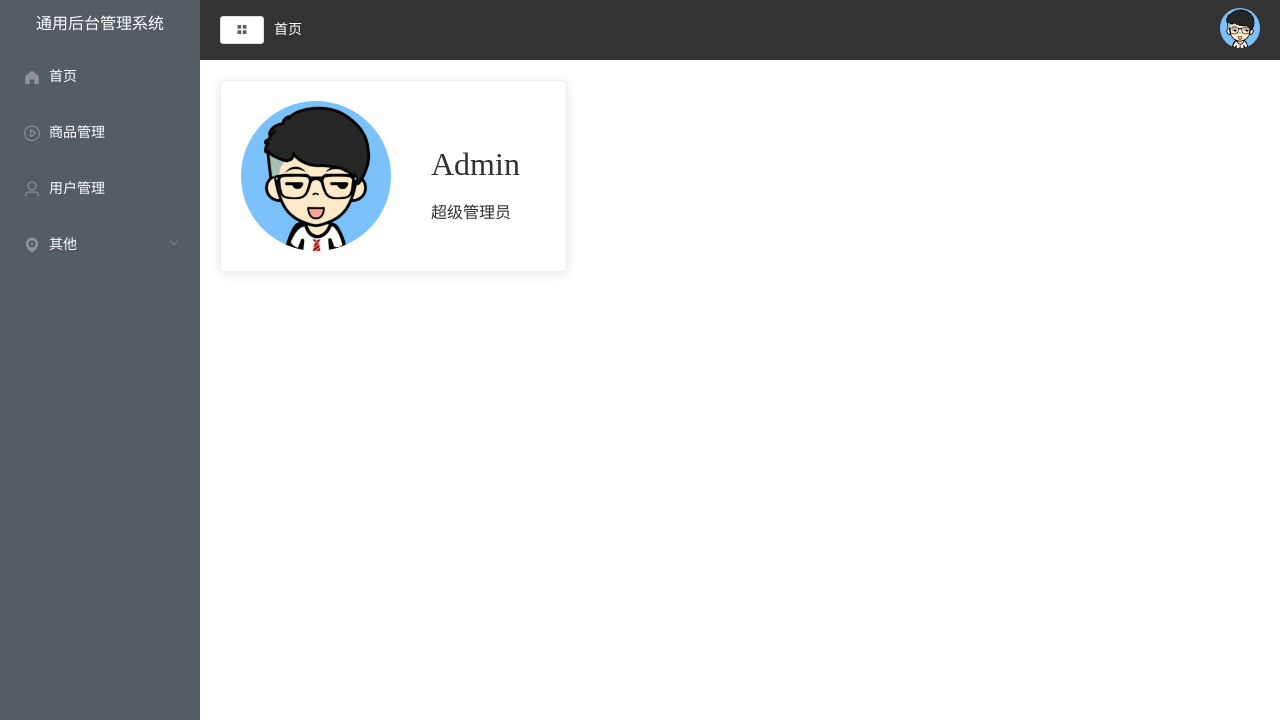
Repository: Francis200214/my-app
Page: /
The author's editor kept a copy of each file at every save. The page is drawn from the files as they stood at one save, then again after the next save.
The browser window is 1280 px wide. The pictures show the whole page.
The project was rebuilt for these pictures with package versions that can differ from the ones it lists, and the page was loaded fresh each time. Also part of the build but not shown: vue.config.js, src/views/User.vue, src/views/Mall.vue, src/views/other/PageOne.vue, src/views/other/PageTwo.vue.

Above is the page before, as saved 2023-05-21 15:36:08.

### src/main.js
import Vue from 'vue'
import App from './App.vue'
import ElementUI from 'element-ui'

// ElementUI 按需引入
// import { Button,Row } from 'element-ui'


import 'element-ui/lib/theme-chalk/index.css'
// Vue-Router
import router from './router'
// Vuex
import store from './store'


Vue.config.productionTip = false

// 全局引入Element UI
Vue.use(ElementUI);


// 按需引入Element UI
// Vue.use(Row);
// Vue.use(Button);


new Vue({
  router,
  store,
  render: h => h(App),
}).$mount('#app')

### src/App.vue
<template>
  <div id="app">
    <router-view></router-view>
  </div>
</template>

<style lang="less">
  html,body,h3 {
    margin: 0;
    padding: 0;
  }
</style>

<script>

export default {
  name: 'App'
}
</script>

### src/router/index.js
import Vue from 'vue'
import VueRouter from 'vue-router'

// 1、引入组件
import Main from '../views/Main.vue'
import Home from '../views/Home.vue'
import User from '../views/User.vue'
import Mall from '../views/Mall.vue'
import PageOne from '../views/other/PageOne.vue'
import PageTwo from '../views/other/PageTwo.vue'

// 引入Vue-Router
Vue.use(VueRouter);

// 2、路由与组件映射
const routes = [
    {
        path: '/',
        component: Main,
        // redirect 表示重定向，当路径是 / 的时候就重定向某个路由
        redirect: '/home',
        children: [
            { path: 'home', component: Home }, // 首页
            { path: 'user', component: User }, // 用户管理
            { path: 'mall', component: Mall }, // 商品管理
            { path: 'page1', component: PageOne }, // 页面一
            { path: 'page2', component: PageTwo }, // 页面二
        ]
    }

]

// 3、创建Router实例
const router = new VueRouter({
    routes // (缩写) 相当于 routes: routes
})

// 4、将 router 暴露
export default router

### src/store/index.js
import Vue from 'vue'
import Vuex from 'vuex'
import tab from './tab'

Vue.use(Vuex)


// 创建 Vuex 的实例
// 对外暴露
export default new Vuex.Store({
    modules: {
        tab
    }
})

### src/views/Main.vue
<template>
    <div>
        <el-container>
            <el-aside width="auto">
                <common-aside />
            </el-aside>
            <el-container>
                <el-header>
                    <common-header />
                </el-header>
                <el-main>
                    <router-view></router-view>
                </el-main>
            </el-container>
        </el-container>
    </div>
</template>
<style lang="less" scoped>
.el-header {
    padding: 0;
}
</style>
<script>
import CommonAside from '../components/CommonAside.vue'
import CommonHeader from '../components/CommonHeader.vue'


export default {
    data() {
        return {}
    },
    components: {
        CommonAside,
        CommonHeader
    }
}
</script>

### src/views/Home.vue
<template>
    <el-row>
        <el-col :span="8">
            <el-card class="box-card">
                <div class="user">
                    <img src="../assets/images/user.png" alt="">
                    <div class="userinfo">
                        <p class="name">Admin</p>
                        <p class="access">超级管理员</p>
                    </div>
                </div>
                <div class="login-info"></div>
            </el-card>
        </el-col>
        <el-col :span="16">
            <div class="grid-content bg-purple-light"></div>
        </el-col>
    </el-row>
</template>
<style lang="less" scoped>
.user {
    display: flex;
    // flex 布局中 主轴垂直居中
    align-items: center;


    img {
        width: 150px;
        height: 150px;
        border-radius: 50%;
        margin-right: 40px;
    }

    .userinfo {
        .name {
            font-size: 32px;
            margin-bottom: 10px;
        }
    }
}
</style>
<script>
export default {
    data() {
        return {}
    }
}
</script>

### src/store/tab.js
export default {
    state: {
        isCollapse: false // 用于控制菜单的展开或收起
    },
    mutations: {
        // 修改菜单展开或者收起的方法
        collapseMenu(state) {
            state.isCollapse = !state.isCollapse
        }
    }
}

### src/components/CommonAside.vue
<template>
    <div>
        <el-menu default-active="1-4-1" class="el-menu-vertical-demo" @open="handleOpen" @close="handleClose"
            :collapse="isCollapse" background-color="#545c64" text-color="#fff" active-text-color="#ffd04b">

            <h3>{{ isCollapse ? '后台' : '通用后台管理系统' }}</h3>

            <el-menu-item @click="clickMenu(item)" v-for="item in noChildren" :key="item.name" :index="item.name">
                <i :class="`el-icon-${item.icon}`"></i>
                <span slot="title">{{ item.label }}</span>
            </el-menu-item>

            <el-submenu v-for="item in hasChildren" :key="item.label" :index="item.label">
                <template slot="title">
                    <i :class="`el-icon-${item.icon}`"></i>
                    <span slot="title">{{ item.label }}</span>
                </template>
                <el-menu-item-group v-for="subItem in item.children" :key="subItem.path">
                    <el-menu-item @click="clickMenu(subItem)" :index="subItem.path">{{ subItem.label }}</el-menu-item>
                </el-menu-item-group>
            </el-submenu>
        </el-menu>
    </div>
</template>

<style lang="less" scope>
.el-menu-vertical-demo:not(.el-menu--collapse) {
    width: 200px;
    min-height: 400px;
}

.el-menu {
    height: 100vh;
    border-right: none;

    h3 {
        color: #fff;
        text-align: center;
        line-height: 48px;
        font-size: 16px;
        // 字体粗细
        font-weight: 400;
    }
}
</style>

<script>
export default {
    data() {
        return {
            menuData: [
                {
                    path: '/',
                    name: 'home',
                    label: '首页',
                    icon: 's-home',
                    url: 'Home/Home'
                },
                {
                    path: '/mall',
                    name: 'mall',
                    label: '商品管理',
                    icon: 'video-play',
                    url: 'MallManage/MallManage'
                },
                {
                    path: '/user',
                    name: 'user',
                    label: '用户管理',
                    icon: 'user',
                    url: 'UserManage/UserManage'
                },
                {
                    label: '其他',
                    icon: 'location',
                    children: [
                        {
                            path: '/page1',
                            name: 'page1',
                            label: '页面1',
                            icon: 'setting',
                            url: 'Other/PageOne'
                        },
                        {
                            path: '/page2',
                            name: 'page2',
                            label: '页面2',
                            icon: 'setting',
                            url: 'Other/PageTwo'
                        }
                    ]
                }
            ]
        };
    },
    methods: {
        handleOpen(key, keyPath) {
            console.log(key, keyPath);
        },
        handleClose(key, keyPath) {
            console.log(key, keyPath);
        },
        // 点击菜单
        clickMenu(item) {
            console.log(item)
            // 当页面的路由与我要跳转的路由不一致的时候才允许跳转
            if (this.$route.path !== item.path && !(this.$route.path === '/home' && (item.path === '/'))) {
                // 这里的this代表vue实例
                this.$router.push(item.path)
            }
        }
    },
    computed: {
        // 没有子菜单
        noChildren() {
            return this.menuData.filter(item => !item.children)
        },
        // 有子菜单
        hasChildren() {
            return this.menuData.filter(item => item.children)
        },
        isCollapse() {
            return this.$store.state.tab.isCollapse
        }
    }
}
</script>

### src/components/CommonHeader.vue
<template>
    <div class="header-container">
        <div class="l-content">
            <el-button @click="handleMenu" icon="el-icon-menu" size="mini"></el-button>
            <!-- 面包屑 -->
            <span class="text">首页</span>
        </div>
        <div class="r-content">
            <el-dropdown>
                <span class="el-dropdown-link">
                    <img class="user" src="../assets/images/user.png" alt="">
                </span>
                <el-dropdown-menu slot="dropdown">
                    <el-dropdown-item>个人中心</el-dropdown-item>
                    <el-dropdown-item>退出</el-dropdown-item>
                </el-dropdown-menu>
            </el-dropdown>
        </div>
    </div>
</template>
<style lang="less" scoped>
.header-container {
    padding: 0px 20px;
    background-color: #333;
    height: 60px;
    display: flex;
    // 将元素放到元素主轴的两端
    justify-content: space-between;
    align-items: center;

    .text {
        color: #fff;
        font-size: 14px;
        margin-left: 10px;
    }

    .r-content {
        .user {
            width: 40px;
            height: 40px;
            border-radius: 50%;
        }
    }
}
</style>
<script>
export default {
    data() {
        return {}
    },
    methods: {
        handleMenu() {
            this.$store.commit('collapseMenu')
        }
    }
}
</script>

Loaded but not shown: public/index.html (common file)

After the next save:
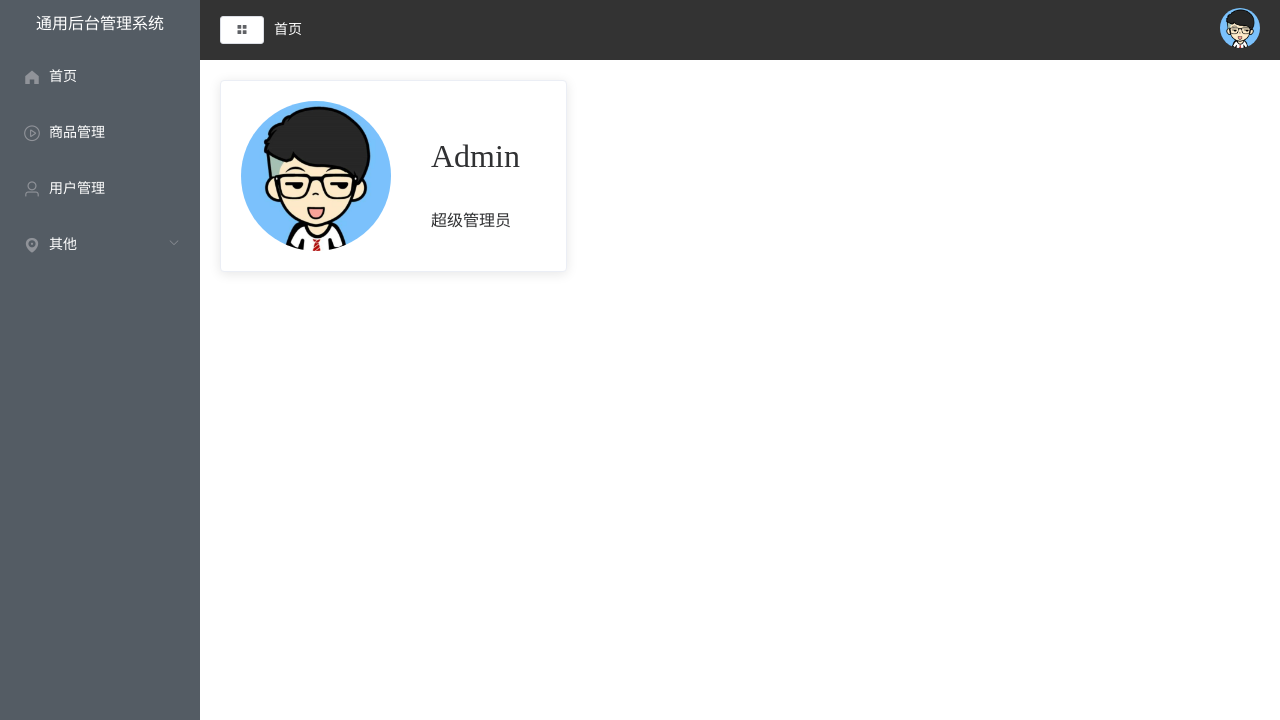
Saved 6 s later.
--- a/src/views/Home.vue
+++ b/src/views/Home.vue
@@ -34,7 +34,7 @@
     .userinfo {
         .name {
             font-size: 32px;
-            margin-bottom: 10px;
+            // margin-bottom: 10px;
         }
     }
 }

After the save that followed:
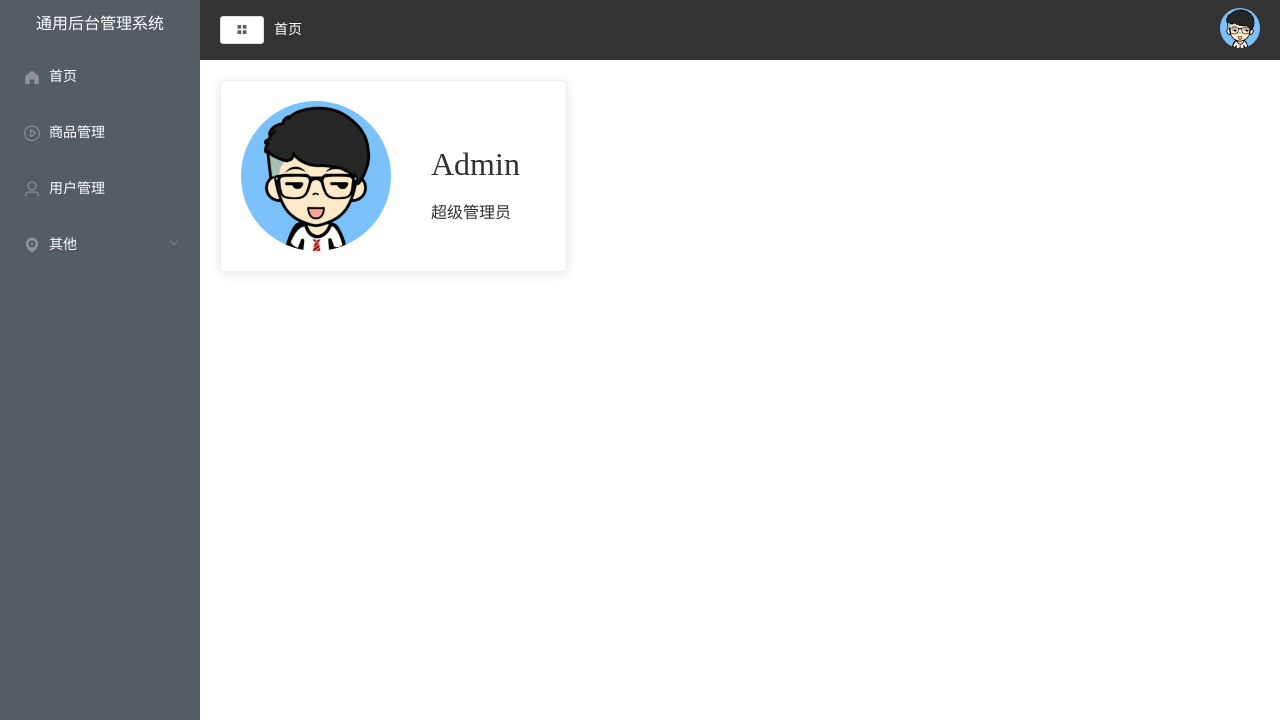
Saved 4 s later.
--- a/src/views/Home.vue
+++ b/src/views/Home.vue
@@ -34,7 +34,7 @@
     .userinfo {
         .name {
             font-size: 32px;
-            // margin-bottom: 10px;
+            margin-bottom: 10px;
         }
     }
 }
